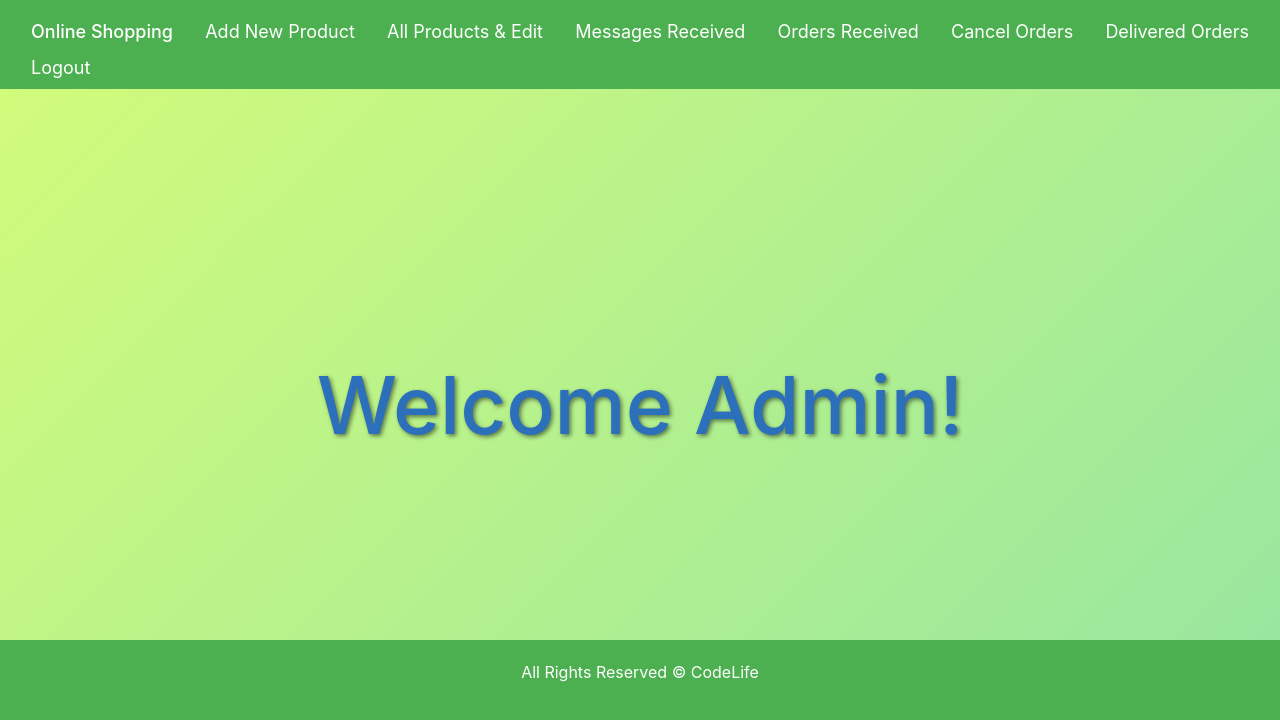
Repository: Dineshbabu290904/DigiMart
Page: http://localhost/DigiMart/admin/adminHome.jsp
An editor plug-in stored every save of this project. The page is shown before and after the next save, followed by the edit.
The browser window is 1280 px wide. The pictures show the whole page.
Some web libraries are served in a nearby version. The page is served by Tomcat 9.

Above is the page before, as saved 2024-10-16 16:08:26.

After the next save:
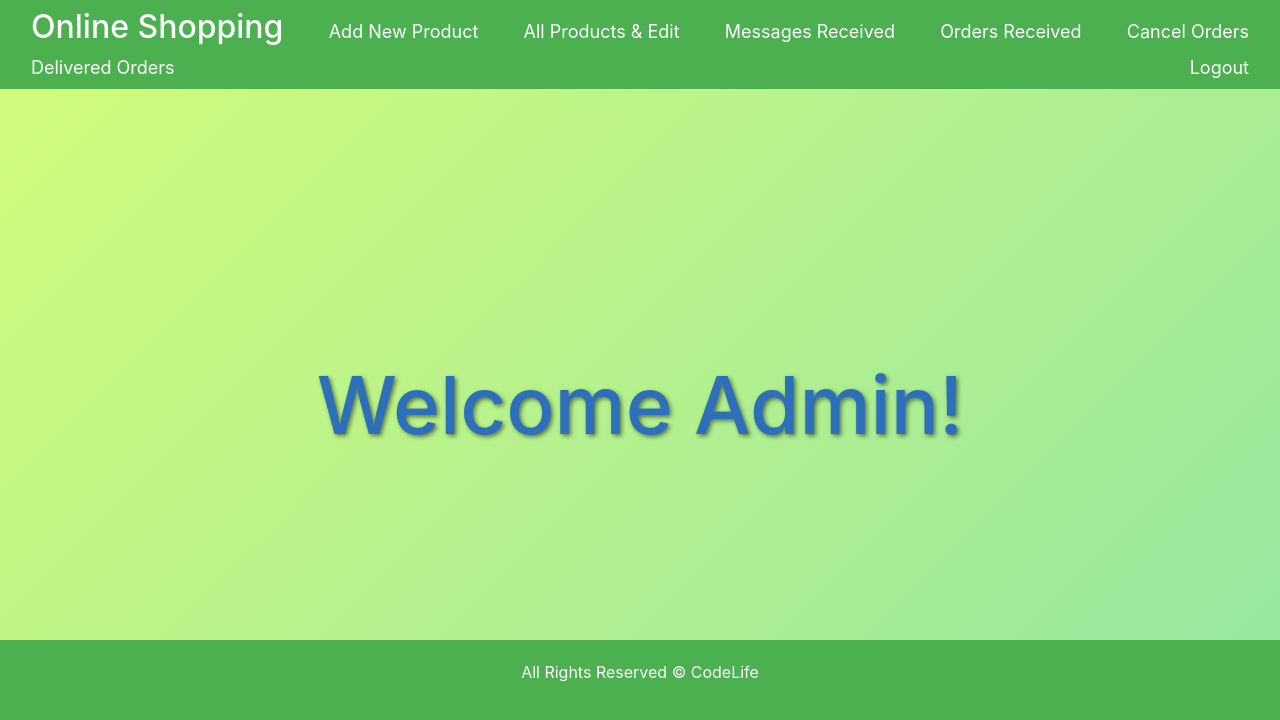
Saved 35 s later.
--- a/DigiMart/src/main/webapp/admin/adminHeader.jsp
+++ b/DigiMart/src/main/webapp/admin/adminHeader.jsp
@@ -33,7 +33,7 @@
 </head>
 <body>
     <nav class="navbar">
-        <h2><a href="adminHome.jsp">Online Shopping</a></h2>
+        <a href="adminHome.jsp"><h2>Online Shopping</h2></a>
         <a href="addNewProduct.jsp">Add New Product</a>
         <a href="allProductEditProduct.jsp">All Products & Edit</a>
         <a href="#">Messages Received</a>
